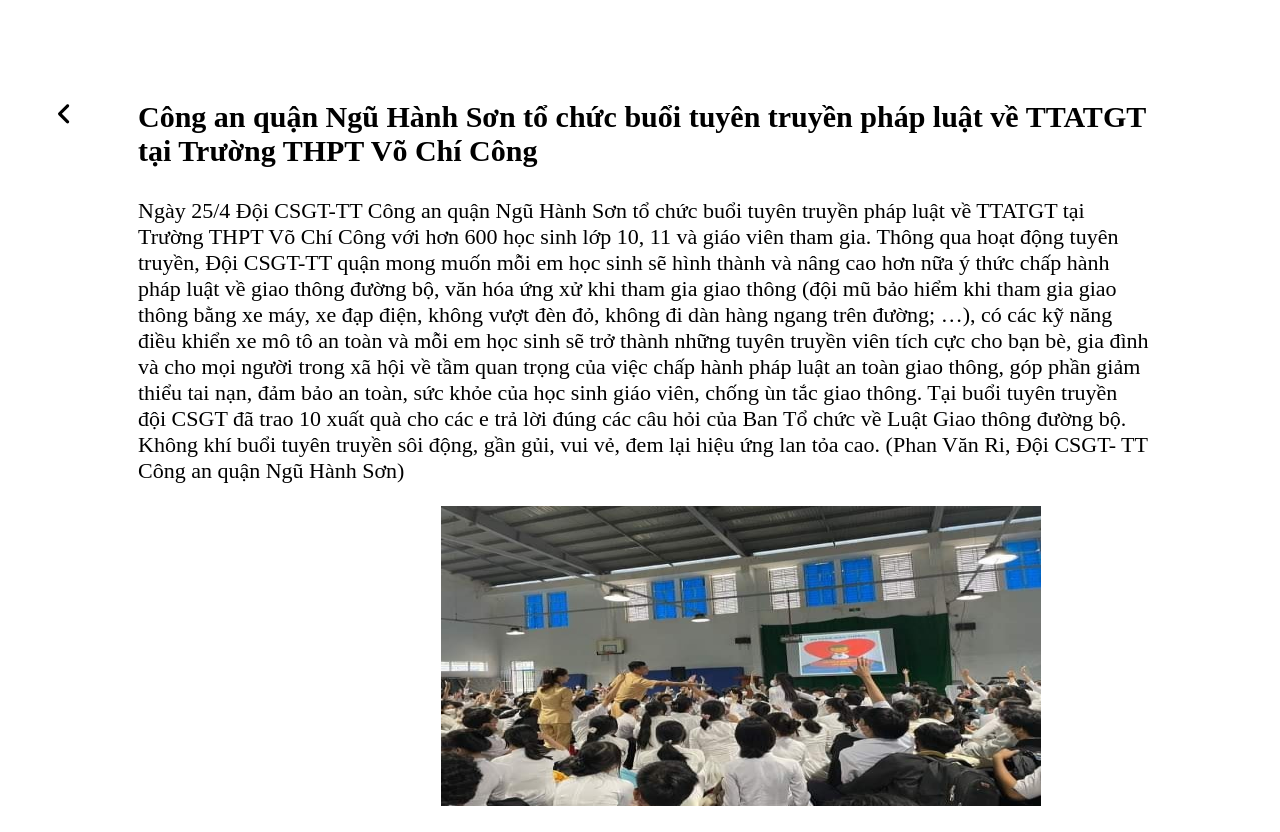
Repository: dphasst17/THPTVCC
Page: new/new_content/new_content6.html
An editor plug-in stored every save of this project. The page is shown before and after the next save, followed by the edit.
The browser window is 1280 px wide. The pictures show the whole page.

Above is the page before, as saved 2022-10-13 12:17:48.

After the next save:
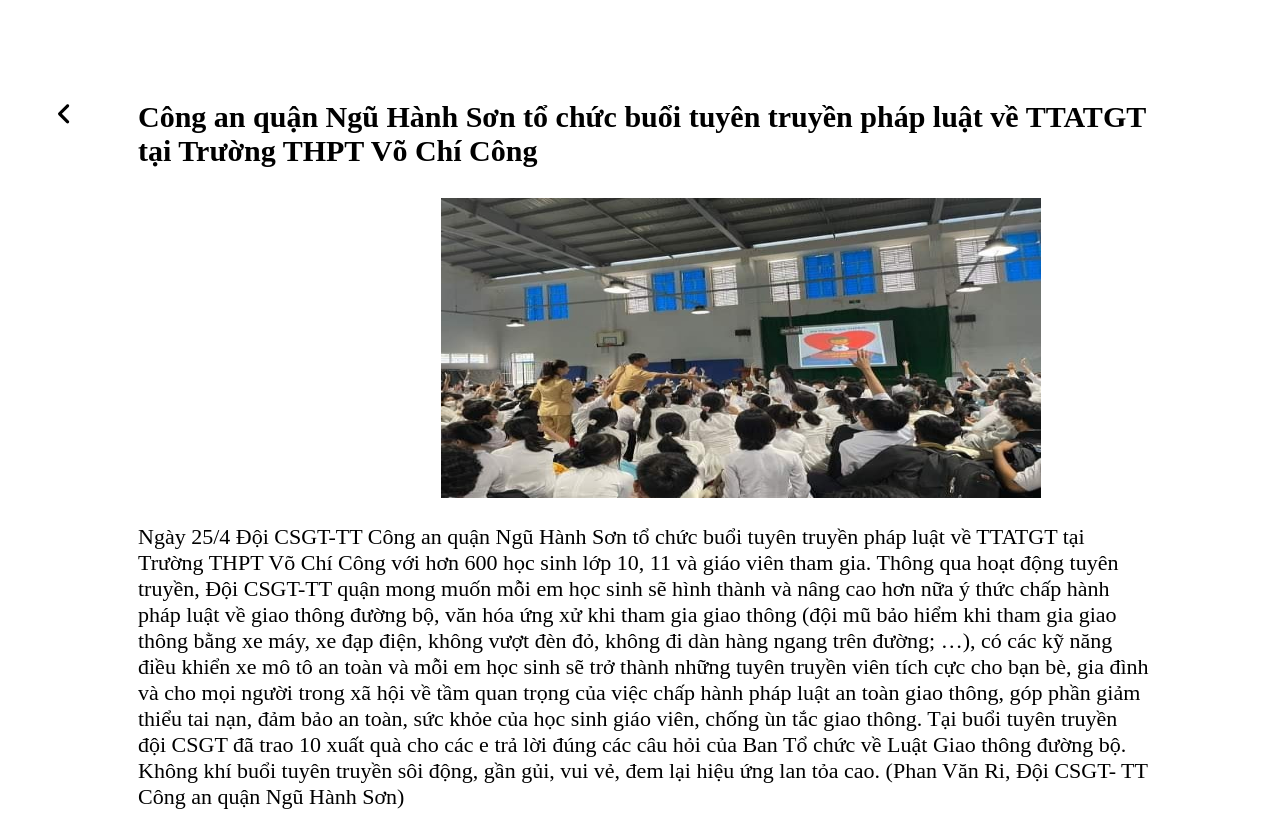
Saved 26 s later.
--- a/new/new_content/new_content6.html
+++ b/new/new_content/new_content6.html
@@ -39,6 +39,7 @@
     </div>
     <div class="content">
         <h3>Công an quận Ngũ Hành Sơn tổ chức buổi tuyên truyền pháp luật về TTATGT tại Trường THPT Võ Chí Công</h3>
+        <img src="../new_img/6.jpg" alt="">
         <p>Ngày 25/4 Đội CSGT-TT Công an quận Ngũ Hành Sơn tổ chức buổi tuyên truyền pháp luật về TTATGT tại Trường THPT Võ Chí Công với hơn 600 học sinh lớp 10, 11 và giáo viên tham gia.
 
             Thông qua hoạt động tuyên truyền, Đội CSGT-TT quận mong muốn mỗi em học sinh sẽ hình thành và nâng cao hơn nữa ý thức chấp hành pháp luật về giao thông đường bộ, văn hóa ứng xử khi tham gia giao thông (đội mũ bảo hiểm khi tham gia giao thông bằng xe máy, xe đạp điện, không vượt đèn đỏ, không đi dàn hàng ngang trên đường; …), có các kỹ năng điều khiển xe mô tô an toàn và mỗi em học sinh sẽ trở thành những tuyên truyền viên tích cực cho bạn bè, gia đình và cho mọi người trong xã hội về tầm quan trọng của việc chấp hành pháp luật an toàn giao thông, góp phần giảm thiểu tai nạn, đảm bảo an toàn, sức khỏe của học sinh giáo viên, chống ùn tắc giao thông.
@@ -46,8 +47,6 @@
             Tại buổi tuyên truyền đội CSGT đã trao 10 xuất quà cho các e trả lời đúng các câu hỏi của Ban Tổ chức về Luật Giao thông đường bộ. Không khí buổi tuyên truyền sôi động, gần gủi, vui vẻ, đem lại hiệu ứng lan tỏa cao.
 
             (Phan Văn Ri, Đội CSGT- TT Công an quận Ngũ Hành Sơn)</p>
-        <img src="../new_img/6.jpg" alt="">
-        <p></p>
     </div>
 </body>
 </html>
